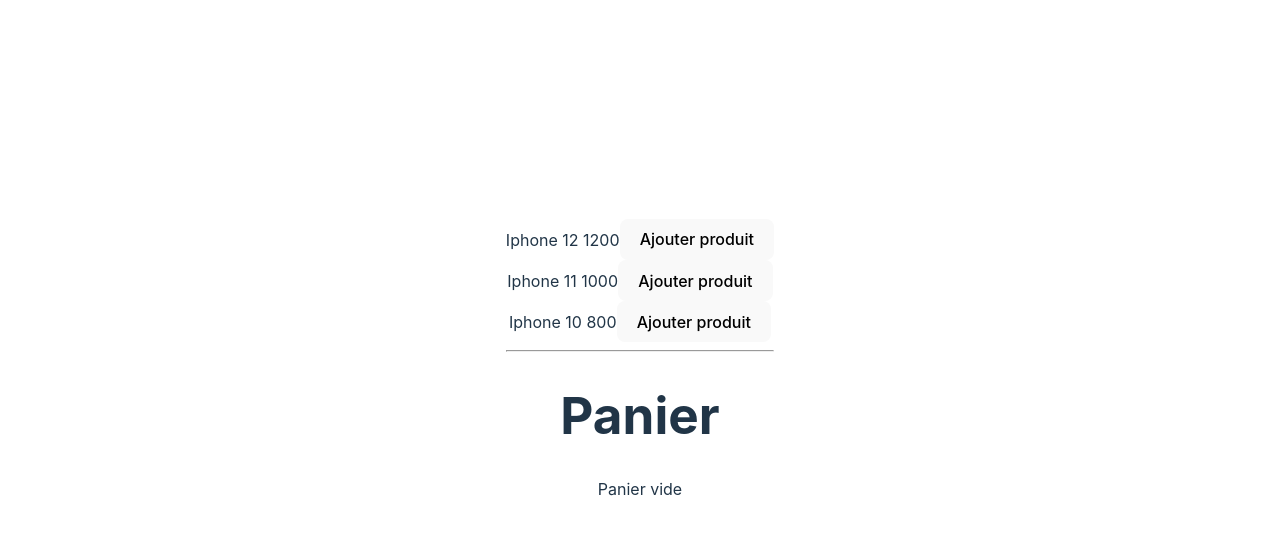
Repository: ndiemenguer/convertisseur
Page: / (app in sanogo/)
An editor plug-in stored every save of this project. The page is shown before and after the next save, followed by the edit.
The browser window is 1280 px wide. The pictures show the whole page.
The project was rebuilt for these pictures with package versions that can differ from the ones it lists, and the page was loaded fresh each time. Also part of the build but not shown: sanogo/vite.config.js.

Above is the page before, as saved 2023-07-08 12:17:09.

After the next save:
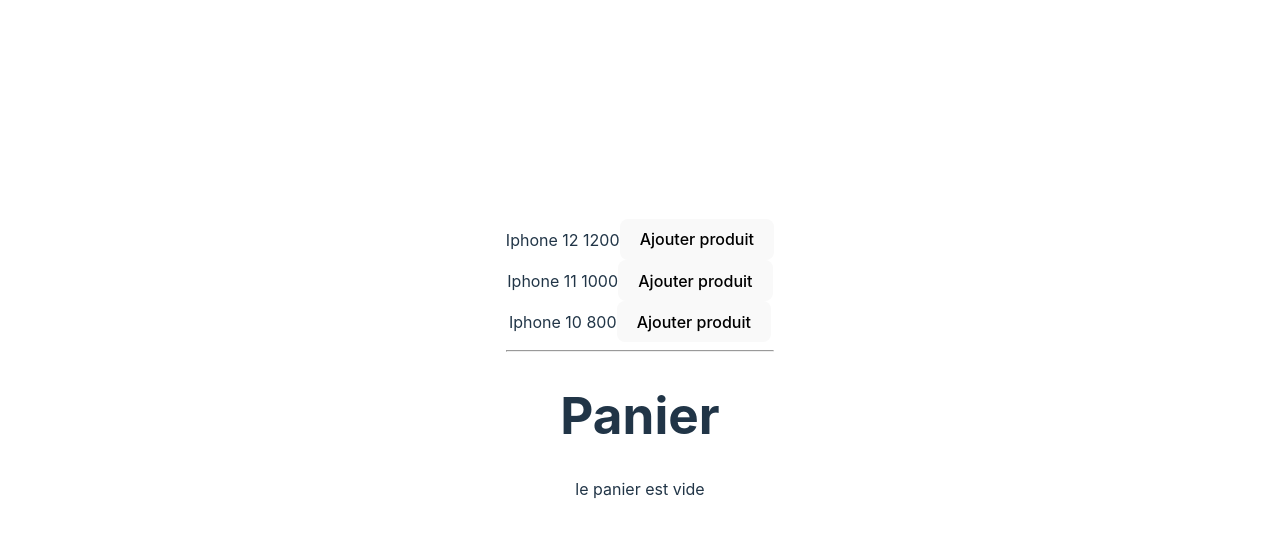
Saved 17 s later.
--- a/sanogo/src/App.jsx
+++ b/sanogo/src/App.jsx
@@ -34,7 +34,7 @@
       ))}
       <hr />
       <h1>Panier</h1>
-      {garder.length === 0 && <div>Panier vide</div>}
+      {garder.length === 0 && <div>le panier est vide</div>}
       {garder.map((item) => (
         <div key={item.id}>
           {item.name} {"  "}
